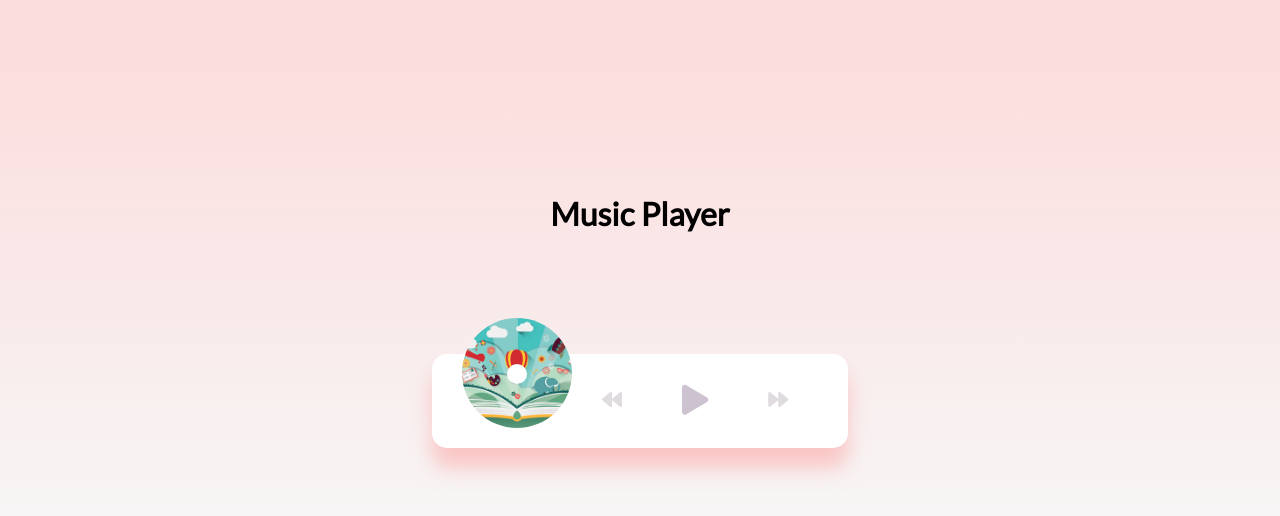
Repository: Youvelop/musicPlayer
Page: index.html
An editor plug-in stored every save of this project. The page is shown before and after the next save, followed by the edit.
The browser window is 1280 px wide. The pictures show the whole page.
Pictures or frames that could not be fetched are drawn as grey boxes. Some web libraries are served in a nearby version.

Above is the page before, as saved 2020-07-08 09:16:54.
Console error: ReferenceError: song is not defined

### index.html
<!DOCTYPE html>
<html lang="en">
  <head>
    <meta charset="UTF-8" />
    <meta name="viewport" content="width=device-width, initial-scale=1.0" />
    <link
      rel="stylesheet"
      href="https://cdnjs.cloudflare.com/ajax/libs/font-awesome/5.10.2/css/all.min.css"
    />
    <link rel="stylesheet" href="style.css" />
    <title>Music Player</title>
  </head>
  <body>
    <h1>Music Player</h1>
    <div class="music-container" id="music-container">
      <div class="music-info">
        <h4 id="title"></h4>
        <div class="progress-container" id="progress-container">
          <div class="progress" id="progress"></div>
        </div>
      </div>
      <audio src="music/ukulele.mp3" id="audio"></audio>

      <div class="img-container">
        <img src="images/ukulele.jpg" id="cover" alt="music-cover" />
      </div>
      <div class="navigation">
        <button id="prev" class="action-btn">
          <i class="fas fa-backward"></i>
        </button>
        <button id="play" class="action-btn action-btn-big">
          <i class="fas fa-play"></i>
        </button>
        <button id="prev" class="action-btn">
          <i class="fas fa-forward"></i>
        </button>
      </div>
    </div>
    <script src="script.js"></script>
  </body>
</html>

### style.css
@import url('https://fonts.googleapis.com/css?family=Lato&display=swap');

* {
  box-sizing: border-box;
}

body {
  background-image: linear-gradient(
    0deg,
    rgba(247, 247, 247, 1) 23.8%,
    rgba(252, 221, 221, 1) 92%
  );
  height: 100vh;
  display: flex;
  flex-direction: column;
  align-items: center;
  justify-content: center;
  font-family: 'Lato', sans-serif;
  margin: 0;
}

.music-container {
  background-color: #fff;
  border-radius: 15px;
  box-shadow: 0 20px 20px 0 rgba(252, 169, 169, 0.6);
  display: flex;
  padding: 20px 30px;
  position: relative;
  margin: 100px 0;
  z-index: 10;
}

.img-container {
  position: relative;
  width: 110px;
}

.img-container::after {
  content: '';
  background-color: #fff;
  border-radius: 50%;
  position: absolute;
  bottom: 100%;
  left: 50%;
  width: 20px;
  height: 20px;
  transform: translate(-50%, 50%);
}

.img-container img {
  border-radius: 50%;
  object-fit: cover;
  height: 110px;
  width: inherit;
  position: absolute;
  bottom: 0;
  left: 0;
  animation: rotate 3s linear infinite;

  animation-play-state: paused;
}

.music-container.play .img-container img {
  animation-play-state: running;
}

@keyframes rotate {
  from {
    transform: rotate(0deg);
  }

  to {
    transform: rotate(360deg);
  }
}

.navigation {
  display: flex;
  align-items: center;
  justify-content: center;
  z-index: 1;
}

.action-btn {
  background-color: #fff;
  border: 0;
  color: #dfdbdf;
  font-size: 20px;
  cursor: pointer;
  padding: 10px;
  margin: 0 20px;
}

.action-btn.action-btn-big {
  color: #cdc2d0;
  font-size: 30px;
}

.action-btn:focus {
  outline: 0;
}

.music-info {
  background-color: rgba(255, 255, 255, 0.5);
  border-radius: 15px 15px 0 0;
  position: absolute;
  top: 0;
  left: 20px;
  width: calc(100% - 40px);
  padding: 10px 10px 10px 150px;
  opacity: 0;
  transform: translateY(0%);
  transition: transform 0.3s ease-in, opcaity 0.3s ease-in;
  z-index: 0;
}

.music-container.play .music-info {
  opacity: 1;
  transform: translateY(-100%);
}

.music-info h4 {
  margin: 0;
}

.progress-container {
  background: #fff;
  border-radius: 5px;
  cursor: pointer;
  margin: 10px 0;
  height: 4px;
  width: 100%;
}
.progress {
  background-color: #fe8daa;
  border-radius: 5px;
  height: 100%;
  width: 0%;
  transition: width 0.1s linear;
}

### script.js
const musicContainer = document.getElementById('music-container');
const playBtn = document.getElementById('play');
const prevBtn = document.getElementById('prev');
const nextBtn = document.getElementById('next');

const audio = document.getElementById('audio');
const progress = document.getElementById('progress');
const progresscontainer = document.getElementById('progress-conatiner');
const title = document.getElementById('title');
const cover = document.getElementById('cover');

// Song titles
const songs = ['hey', 'summer', 'ukelele'];

// keep track of song
let songIndex = 2;

// Initially load song details into DOM
loadSong(song[songIndex]);

// Update song details
function loadSong(song) {
  title.innerText = song;
  audio.src = `music/${song}.mp3`;
  cover.src = `images/${song}.jpg`;
}

After the next save:
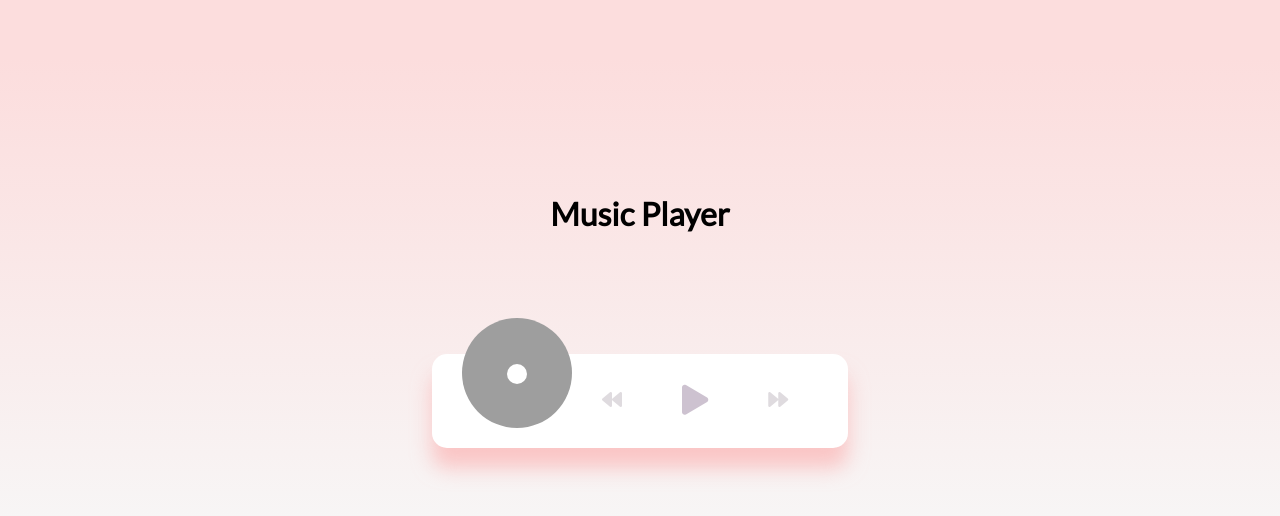
The error is gone.
Saved 17 s later.
--- a/script.js
+++ b/script.js
@@ -16,7 +16,7 @@ const songs = ['hey', 'summer', 'ukelele'];
 let songIndex = 2;
 
 // Initially load song details into DOM
-loadSong(song[songIndex]);
+loadSong(songs[songIndex]);
 
 // Update song details
 function loadSong(song) {
